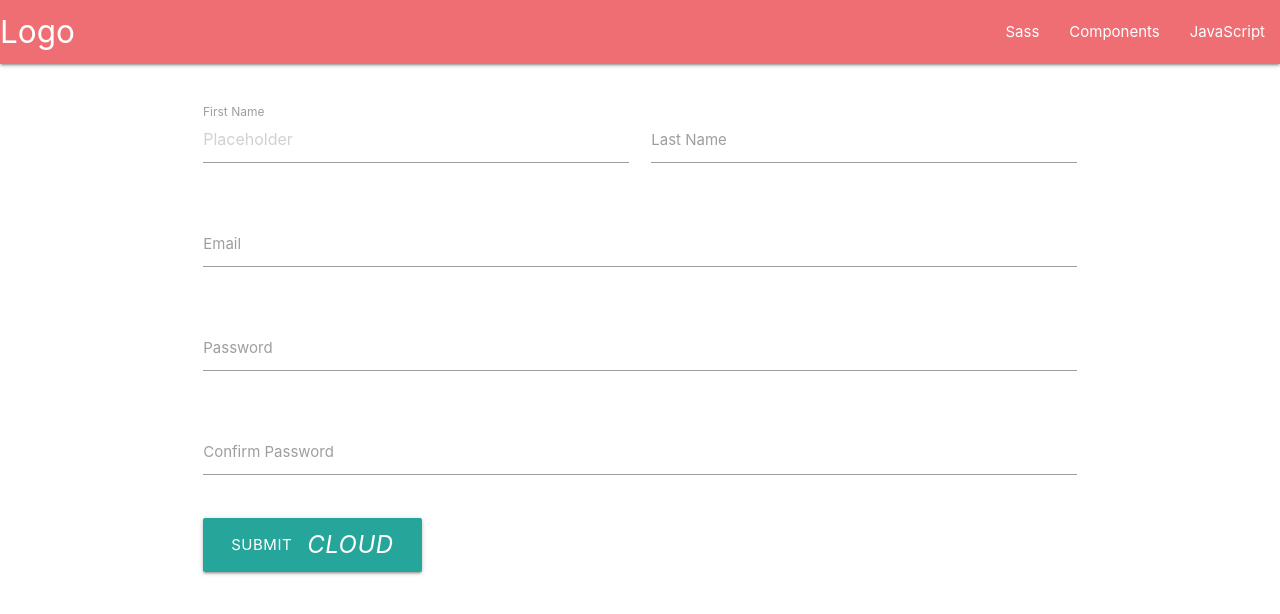
Repository: RavinakS/signup-page-html-js
Page: index.html
The author's editor kept a copy of each file at every save. The page is drawn from the files as they stood at one save, then again after the next save.
The browser window is 1280 px wide. The pictures show the whole page.

Above is the page before, as saved 2021-12-13 12:02:47.

After the next save:
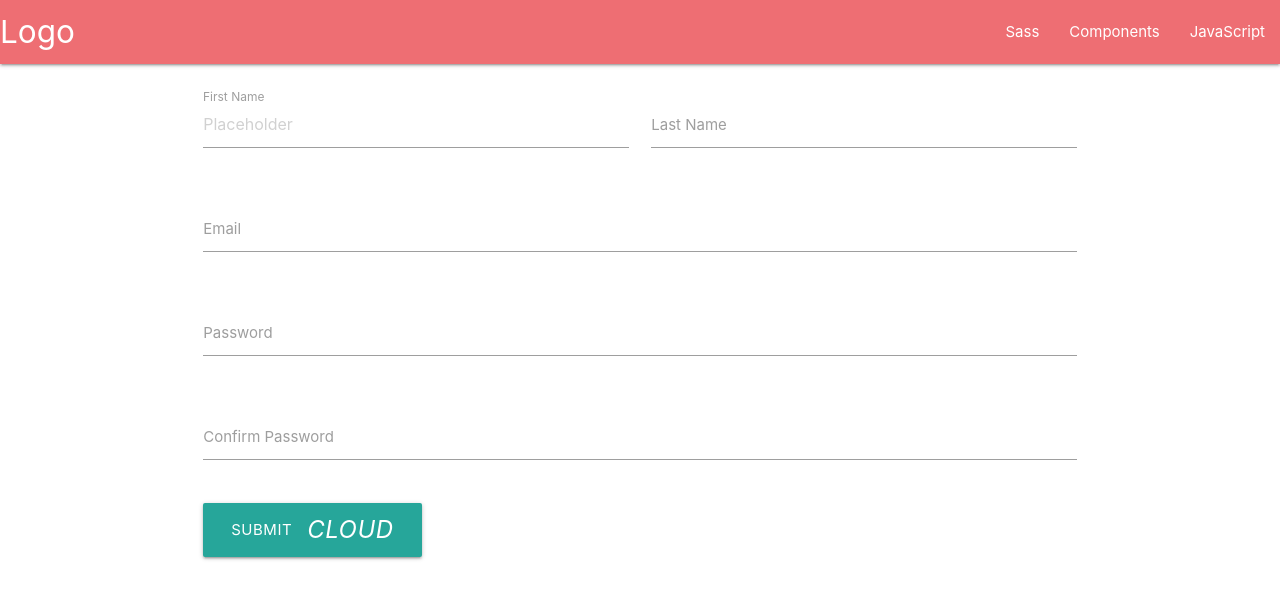
Saved 31 s later.
--- a/index.html
+++ b/index.html
@@ -60,7 +60,7 @@
                   Submit
               </button>
 
-            </form>
+            </div>
             <p id="error-msg"></p>
           </div>
     </div>

After the save that followed:
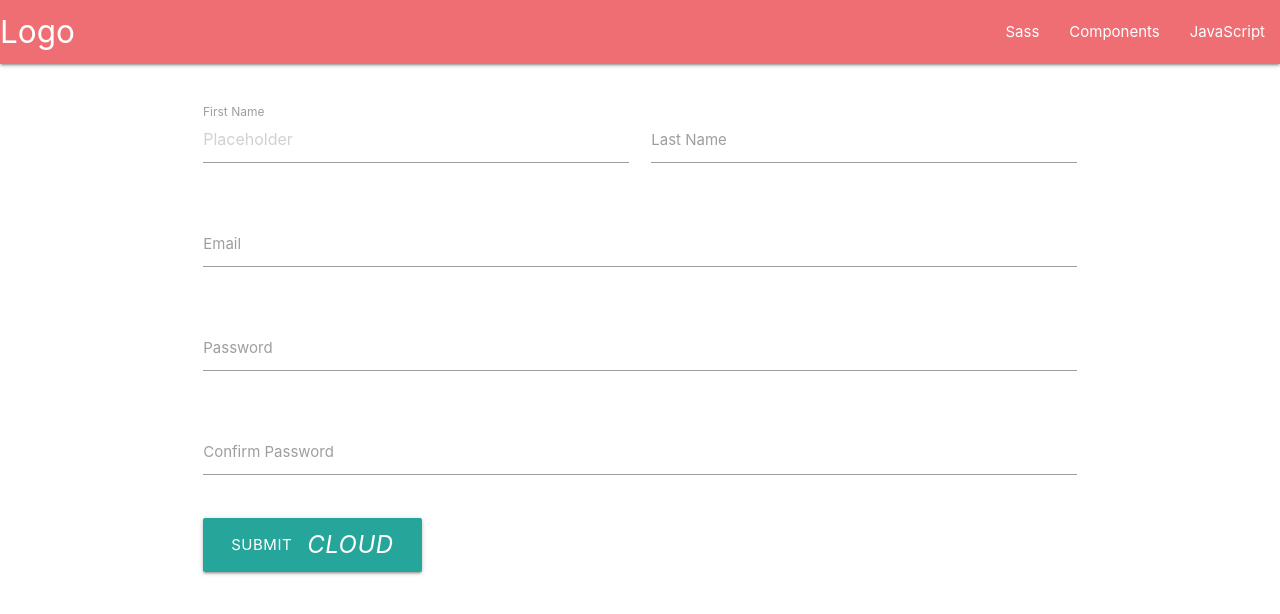
Saved 7 s later.
--- a/index.html
+++ b/index.html
@@ -25,7 +25,7 @@
       <br/>
     <div class="container">
         <div class="row">
-            <form class="col s12">
+            <div class="col s12">
               <div class="row">
                 <div class="input-field col s6">
                   <input placeholder="Placeholder" id="first_name" type="text" class="validate" name="firstName">
